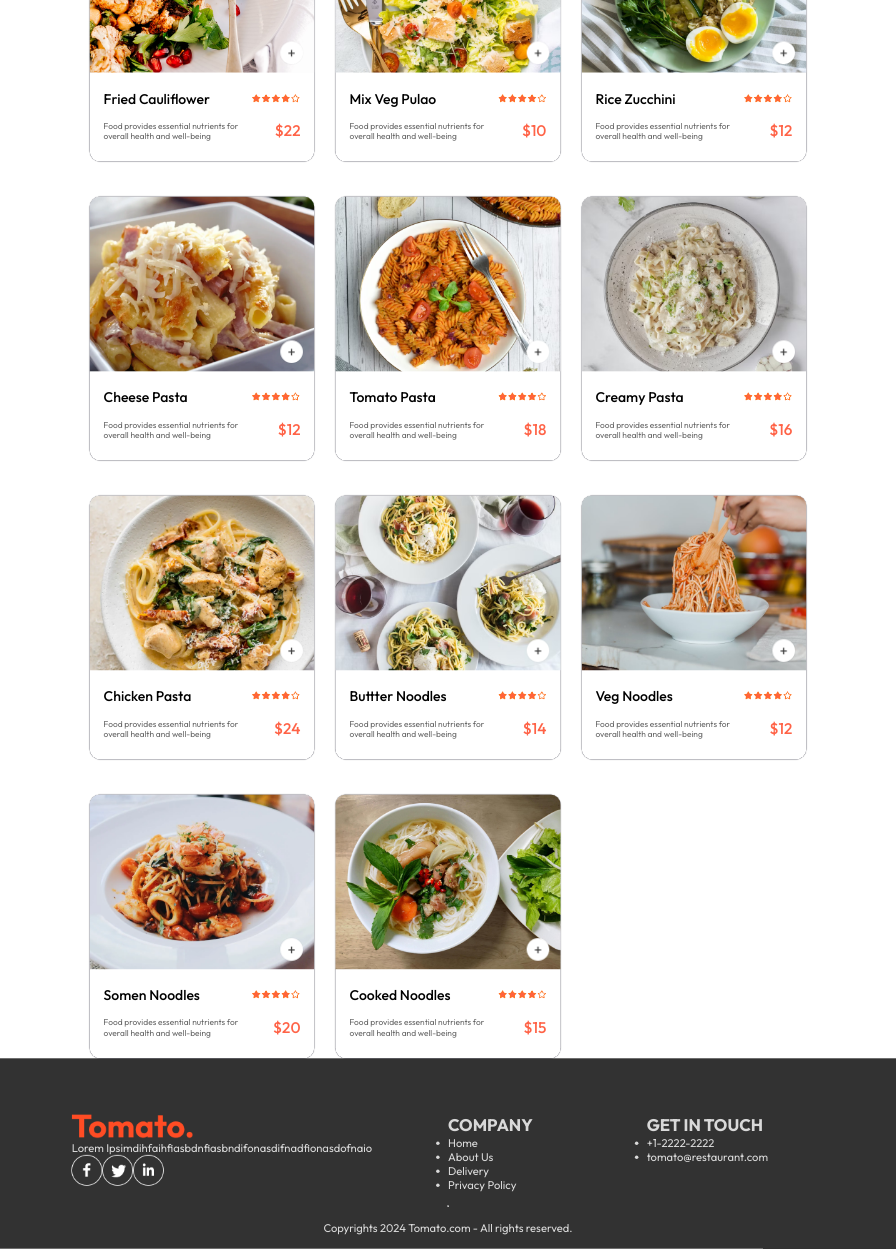
Repository: guilhermecardoso93/tomato-front-end
Page: /
The author's editor kept a copy of each file at every save. The page is drawn from the files as they stood at one save, then again after a run of saves.
The browser window is 1280 px wide. The pictures show the part of the page from y = 4127 to 6047 px (the page is 5911 px tall before and 6047 px after), at 70% of full size.
The project was rebuilt for these pictures with package versions that can differ from the ones it lists, and the page was loaded fresh each time. Also part of the build but not shown: vite.config.js, src/pages/Cart/styles.css, src/pages/Cart/index.jsx, src/pages/PlaceOrder/styles.css, src/pages/PlaceOrder/index.jsx.

Above is the page before, as saved 2024-10-31 18:54:00.

### index.html
<!doctype html>
<html lang="en">

<head>
    <meta charset="UTF-8" />
    <link rel="icon" type="image/svg+xml" href="" />
    <link rel="preconnect" href="https://fonts.googleapis.com">
    <link rel="preconnect" href="https://fonts.gstatic.com" crossorigin>
    <link href="https://fonts.googleapis.com/css2?family=Inter:ital,opsz,wght@0,14..32,100..900;1,14..32,100..900&family=Outfit:wght@100..900&display=swap" rel="stylesheet">
    <meta name="viewport" content="width=device-width, initial-scale=1.0" />
    <title>Tomato</title>
</head>

<body>
    <div id="root"></div>
    <script type="module" src="/src/main.jsx"></script>
</body>

</html>

### src/main.jsx
import { StrictMode } from "react";
import { createRoot } from "react-dom/client";
import "./index.css";
import { App } from "./App.jsx";
import { BrowserRouter } from "react-router-dom";
import StoreContextProvider from "./context/StoreContext.jsx";

createRoot(document.getElementById("root")).render(
  <BrowserRouter>
    <StoreContextProvider>
      <App />
    </StoreContextProvider>
  </BrowserRouter>
);

### src/index.css
* {
  padding: 0;
  margin: 0;
  box-sizing: border-box;
}

body {
  min-height: 100vh;
  font-family: "Outfit", sans-serif;
}

a {
  text-decoration: none;
  color: inherit;
}

.app {
  width: 80%;
  margin: auto;
}

@keyframes fadeIn {
  0% {
    opacity: 0;
  }

  100% {
    opacity: 1;
  }
}

### src/App.jsx
import { Routes, Route } from "react-router-dom";
import { Navbar } from "./components/Navbar";

import { Home } from "./pages/Home";
import { Cart } from "./pages/Cart";
import { PlaceOrder } from "./pages/PlaceOrder";
import { Footer } from "./components/Footer";

export function App() {
  return (
    <>
      <div className="app">
        <Navbar />
        <Routes>
          <Route path="/" element={<Home />} />
          <Route path="/cart" element={<Cart />} />
          <Route path="/order" element={<PlaceOrder />} />
        </Routes>
      </div>
      <Footer />
    </>
  );
}

### src/context/StoreContext.jsx
import { createContext, useEffect, useState } from "react";
import { food_list } from "../assets/assets";

export const StoreContext = createContext(null);

const StoreContextProvider = (props) => {
  const [cartItems, setCartItems] = useState({});

  const addCart = (itemId) => {
    if (!cartItems[itemId]) {
      setCartItems((prev) => ({ ...prev, [itemId]: 1 }));
    } else {
      setCartItems((prev) => ({ ...prev, [itemId]: prev[itemId] + 1 }));
    }
  };

  const removeFromCart = (itemId) => {
    setCartItems((prev) => ({ ...prev, [itemId]: prev[itemId] - 1 }));
  };

  const contextValue = {
    food_list,
    cartItems,
    setCartItems,
    addCart,
    removeFromCart,
  };

  useEffect(() => {
    console.log(cartItems);
  }, [cartItems]);

  return (
    <StoreContext.Provider value={contextValue}>
      {props.children}
    </StoreContext.Provider>
  );
};

export default StoreContextProvider;

### src/components/Navbar/index.jsx
import { useState } from "react";
import { assets } from "../../assets/assets";
import "./styles.css";

export const Navbar = () => {
  const [menu, setMenu] = useState("Home");

  return (
    <div className="navbar">
      <img src={assets.logo} alt="Logo" className="logo" />
      <ul className="navbar-menu">
        <li
          onClick={() => setMenu("Home")}
          className={menu === "Home" ? "active" : ""}
        >
          Home
        </li>
        <li
          onClick={() => setMenu("Menu")}
          className={menu === "Menu" ? "active" : ""}
        >
          Menu
        </li>
        <li
          onClick={() => setMenu("MobileApp")}
          className={menu === "MobileApp" ? "active" : ""}
        >
          MobileApp
        </li>
        <li
          onClick={() => setMenu("Contact Us")}
          className={menu === "Contact Us" ? "active" : ""}
        >
          Contact Us
        </li>
      </ul>
      <div className="navbar-right">
        <img src={assets.search_icon} alt="" />
        <div className="navbar-search-icon">
          <img src={assets.basket_icon} alt="" />
          <div className="dot"></div>
        </div>
        <button>sign in</button>
      </div>
    </div>
  );
};

### src/pages/Home/index.jsx
import { useState } from "react";
import { ExplorerMenu } from "../../components/ExplorerMenu";
import { Header } from "../../components/Header";
import "./styles.css";
import { FoodDisplay } from "../../components/FoodDisplay/Index";

export const Home = () => {
  const [category, setCategory] = useState("All");

  return (
    <div>
      <Header />
      <ExplorerMenu category={category} setCategory={setCategory} />
      <FoodDisplay category={category} />
    </div>
  );
};

### src/components/Footer/index.jsx
import { assets } from "../../assets/assets";
import "./styles.css";

export const Footer = () => {
  return (
    <footer id="footer">
      <div className="footer-container">
        <div className="footer-left">
          <img src={assets.logo} alt="" />
          <p>Lorem Ipsimdihfaihfiasbdnfiasbndifonasdifnadfionasdofnaio</p>
          <div className="footer-social-icons">
            <img src={assets.facebook_icon} alt="" />
            <img src={assets.twitter_icon} alt="" />
            <img src={assets.linkedin_icon} alt="" />
          </div>
        </div>
        <div className="footer-center">
          <h2>COMPANY</h2>
          <ul>
            <li>Home</li>
            <li>About Us</li>
            <li>Delivery</li>
            <li>Privacy Policy</li>
          </ul>
        </div>
        <div className="footer-right">
          <h2>GET IN TOUCH</h2>
          <ul>
            <li>+1-2222-2222</li>
            <li>tomato@restaurant.com</li>
          </ul>
        </div>
      </div>
      <hr />
      <p className="footer-copy-rights">
        Copyrights 2024 Tomato.com - All rights reserved.
      </p>
    </footer>
  );
};

### src/components/Navbar/styles.css
.navbar {
  padding: 20px 0;
  display: flex;
  justify-content: space-between;
  align-items: center;
}

.navbar .logo {
  width: 150px;
}

.navbar-menu {
  display: flex;
  list-style: none;
  gap: 10px;
  color: #49557c;
  font-size: 18px;
}

.navbar li {
  cursor: pointer
}

.navbar-right {
  display: flex;
  align-items: center;
  gap: 40px;
}

.navbar button {
  background: transparent;
  font-size: 16px;
  color: #49557c;
  border: 1px solid tomato;
  padding: 10px 30px;
  border-radius: 50px;
  cursor: pointer;
  transition: 0.3s;
}

.navbar button:hover {
  background: #fff4f2;
}

.navbar .active {
  padding-bottom: 2px;
  border-bottom: 2px solid #49557c;
}

.navbar-search-icon {
  position: relative;
}

.navbar-search-icon .dot {
  position: absolute;
  min-height: 10px;
  min-width: 10px;
  background-color: tomato;
  border-radius:  5px;
  top: -8px;
  right: -8px;
}

### src/components/ExplorerMenu/index.jsx
import { menu_list } from "../../assets/assets";

import "./styles.css";

export const ExplorerMenu = ({ category, setCategory }) => {
  return (
    <div className="explorer-menu" id="explore-menu">
      <h1>Explore our menu</h1>
      <p className="explore-menu-text">
        Choose from a diverse menu featuring a delectable arrays os dishes
        crafted with the finest ingredients and culinary expertise. Our mission
        is to satisfy your cravings and elevate your dining experience, one
        delicious meal at a time.
      </p>
      <div className="explore-menu-list">
        {menu_list.map((item, index) => {
          return (
            <div
              className="explore-menu-list-item"
              key={index}
              onClick={() =>
                setCategory((prev) =>
                  prev === item.menu_name ? "All" : item.menu_name
                )
              }
            >
              <img
                src={item.menu_image}
                alt=""
                className={category === item.menu_name ? "active" : ""}
              />
              <p className={category === item.menu_name ? "active-text" : ""}>
                {item.menu_name}
              </p>
            </div>
          );
        })}
      </div>
      <hr />
    </div>
  );
};

### src/components/Header/index.jsx
import "./styles.css";

export const Header = () => {
  return (
    <div className="header">
      <div className="header-container">
        <h2>Oder your favorite food here</h2>
        <p>
          Choose from a diverse menu featuring a delectable arrays os dishes
          crafted with the finest ingredients and culinary expertise. Our
          mission is to satisfy your cravings and elevate your dining
          experience, one delicious meal at a time.
        </p>
        <button> View Menu</button>
      </div>
    </div>
  );
};

### src/components/FoodDisplay/Index.jsx
import { useContext } from "react";
import { StoreContext } from "../../context/StoreContext";
import { FoodItem } from "../FoodItem";

import "./styles.css";

export const FoodDisplay = ({ category }) => {
  const { food_list } = useContext(StoreContext);

  return (
    <div className="food-display" id="food-display">
      <h2>Top Dishes near you</h2>
      <div className="food-display-list">
        {food_list.map((item, index) => {
          if (category === "All" || category === item.category) {
            return (
              <FoodItem
                key={index}
                id={item._id}
                name={item.name}
                description={item.description}
                price={item.price}
                image={item.image}
              />
            );
          }
        })}
      </div>
    </div>
  );
};

### src/components/Footer/styles.css
footer {
  color: #d9d9d9;
  background-color: #323232;
  display: flex;
  align-items: center;
  flex-direction: column;
  gap: 20px;
  padding: 20px 8vw;
  padding-top: 80px;
}

.footer-container {
  width: 100%;
  display: grid;
  grid-template-columns: 2fr 1fr 1fr;
  gap: 30px;
}
.footer-left {

}

### src/components/ExplorerMenu/styles.css
.explorer-menu {
  display: flex;
  flex-direction: column;
  gap: 1rem;
}

.explorer-menu h1 {
  color: #262626;
  font-size: 500;
}

.explore-menu-text {
  max-width: 60%;
  color: #808080;
}

.explore-menu-list {
  display: flex;
  justify-content: space-between;
  align-items: center;
  gap: 30px;
  text-align: center;
  margin: 20px 0px;
  overflow-x: scroll;
}

.explore-menu-list::-webkit-scrollbar {
  display: none;
}

.explore-menu-list img {
  width: 7.5vw;
  min-width: 80px;
  cursor: pointer;
  border-radius: 50%;
  transition: 0.2s;
}

.explore-menu-list p {
  margin-top: 10px;
  color: #747474;
  font-size: max(1.4vw, 16px);
  cursor: pointer;
}

.explore-menu hr {
  margin: 10px 0px;
  height: 2px;
  background: #e2e2e2;
  border: none;
}

.explore-menu-list .active {
  border: 4px solid tomato;
  padding: 2px;
}

.explore-menu-list .active-text {
  color: tomato;
}

### src/components/Header/styles.css
.header {
  height: 34vw;
  margin: 30px auto;
  background: url('../../assets/header_img.png') no-repeat;
  background-size: contain;
  position: relative;
}



.header-container {
  position: absolute;
  display: flex;
  flex-direction: column;
  align-items: start;
  padding: 20px;
  gap: 1.5vw;
  max-width: 52%;
  bottom: 10%;
  animation: fadeIn 3s;
}


.header-container h2 {
  font-weight: 500;
  color: #f2f2f2f2;
  font-size: max(4.5vw, 22px);
}


.header-container p {
  color: #f2f2f2f2;
  font-size: 1vw;
}


.header-container button {
  border: none;
  color: #747474;
  font-weight: 700;
  padding: 1vw 2.3vw;
  background: white;
  font-size: max(1vw, 13px);
  border-radius: 50px;
}

### src/components/FoodItem/index.jsx
import { useContext } from "react";
import { assets } from "../../assets/assets";
import "./styles.css";
import { StoreContext } from "../../context/StoreContext";

export const FoodItem = ({ id, name, price, description, image }) => {
  const { removeFromCart, addCart, cartItems } = useContext(StoreContext);

  return (
    <div className="food-item" id={id}>
      <div className="food-item-image-container">
        <img src={image} alt={name} className="food-item-image" />
        {!cartItems[id] ? (
          <img
            src={assets.add_icon_white}
            alt="Adicionar ao carrinho"
            className="add"
            onClick={() => addCart(id)}
          />
        ) : (
          <div className="food-item-counter">
            <img
              src={assets.remove_icon_red}
              alt="Remover do carrinho"
              onClick={() => removeFromCart(id)}
            />
            <p>{cartItems[id]}</p>
            <img
              src={assets.add_icon_green}
              alt="Adicionar ao carrinho"
              onClick={() => addCart(id)}
            />
          </div>
        )}
      </div>
      <div className="food-item-info">
        <div className="food-item-name-rating">
          <p>{name}</p>
          <img src={assets.rating_starts} alt="Rating" />
        </div>
        <div className="food-item-prices">
          <p className="food-item-description">{description}</p>
          <p className="food-item-price">${price}</p>
        </div>
      </div>
    </div>
  );
};

### src/components/FoodDisplay/styles.css
.food-display {
  margin-top: 30px;
}

.food-display h2 {
  font-size: max(2vw, 24px);
  font-weight: 600;
}


.food-display-list {
  display: grid;
  grid-template-columns: repeat(auto-fill, minmax(240px, 1fr));
  margin-top: 30px;
  gap: 30px;
  row-gap: 50px;
}

### src/components/FoodItem/styles.css
.food-item {
  width: 100%;
  margin: auto;
  border-radius: 15px;
  box-shadow: 0px 0px 1px #000015;
  transition: 0.3s;
  animation: fadeIn 1s;
}

.food-item-image {
  width: 100%;
  border-radius: 15px 15px 0px 0px;
}

.food-item-image-container {
  position: relative;
}

.food-item-image-container .add {
  position: absolute;
  width: 35px;
  bottom: 15px;
  right: 15px;
  cursor: pointer;
  border-radius: 50%;
}

.food-item-counter {
  position: absolute;
  bottom: 15px;
  right: 15px;
  display: flex;
  align-items: center;
  gap: 10px;
  border-radius: 50px;
  background-color: #f2f2f2;
  padding: 3px;
  font-weight: 700;
}

.food-item-counter img {
  width: 30px;
}

.food-item-info {
  padding: 20px;
}

.food-item-name-rating {
  display: flex;
  justify-content: space-between;
  align-items: center;
  margin-bottom: 10px;
}

.food-item-name-rating p {
  font-size: 20px;
  font-weight: 500;
}

.food-item-name-rating img {
  width: 70px;
}

.food-item-prices {
  display: flex;
  justify-content: space-between;
  align-items: center;
  gap: 10px;
}

.food-item-description {
  color: #676767;
  font-size: 12px;
  width: 75%;
}

.food-item-price {
  color: tomato;
  font-size: 22px;
  font-weight: 500;
  margin: 10px 0;
}

Loaded but not shown: src/assets/assets.js (350 lines, source omitted); src/pages/Home/styles.css (no stored copy; drawn as an empty file)

After the next 2 saves:
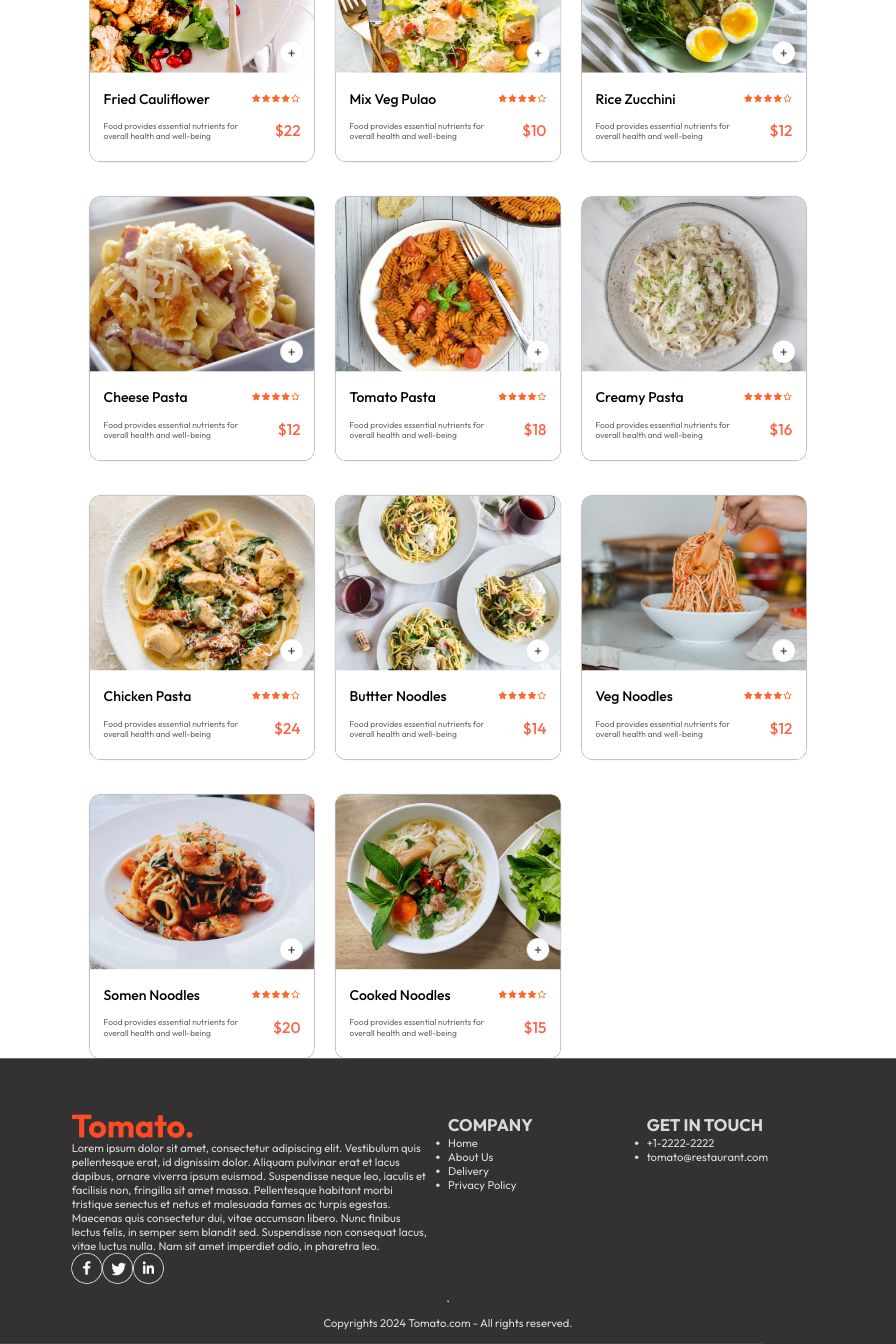
The 2 saves are shown as one change because they came seconds apart.
The last was saved 47 s later.
--- a/src/components/Footer/index.jsx
+++ b/src/components/Footer/index.jsx
@@ -7,7 +7,17 @@ export const Footer = () => {
       <div className="footer-container">
         <div className="footer-left">
           <img src={assets.logo} alt="" />
-          <p>Lorem Ipsimdihfaihfiasbdnfiasbndifonasdifnadfionasdofnaio</p>
+          <p>
+            Lorem ipsum dolor sit amet, consectetur adipiscing elit. Vestibulum
+            quis pellentesque erat, id dignissim dolor. Aliquam pulvinar erat et
+            lacus dapibus, ornare viverra ipsum euismod. Suspendisse neque leo,
+            iaculis et facilisis non, fringilla sit amet massa. Pellentesque
+            habitant morbi tristique senectus et netus et malesuada fames ac
+            turpis egestas. Maecenas quis consectetur dui, vitae accumsan
+            libero. Nunc finibus lectus felis, in semper sem blandit sed.
+            Suspendisse non consequat lacus, vitae luctus nulla. Nam sit amet
+            imperdiet odio, in pharetra leo.
+          </p>
           <div className="footer-social-icons">
             <img src={assets.facebook_icon} alt="" />
             <img src={assets.twitter_icon} alt="" />
